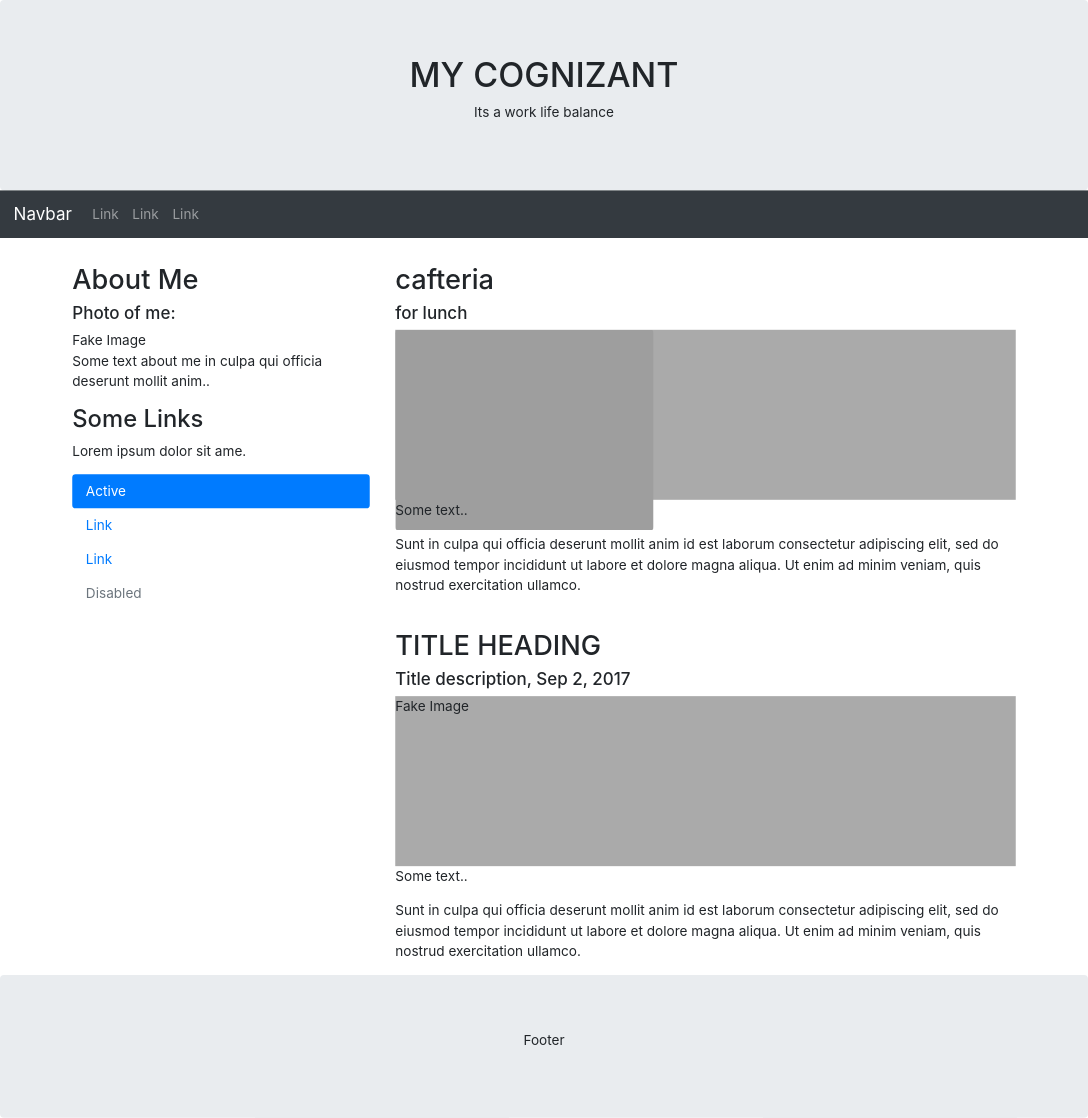
Repository: suvarsha/cognizant-projects
Page: BootStramp1/WebContent/first.html
The author's editor kept a copy of each file at every save. The page is drawn from the files as they stood at one save, then again after the next save.
The browser window is 1280 px wide. The pictures show the whole page, at 85% of full size.
Pictures or frames that could not be fetched are drawn as grey boxes.

Above is the page before, as saved 2020-01-18 11:26:01.

After the next save:
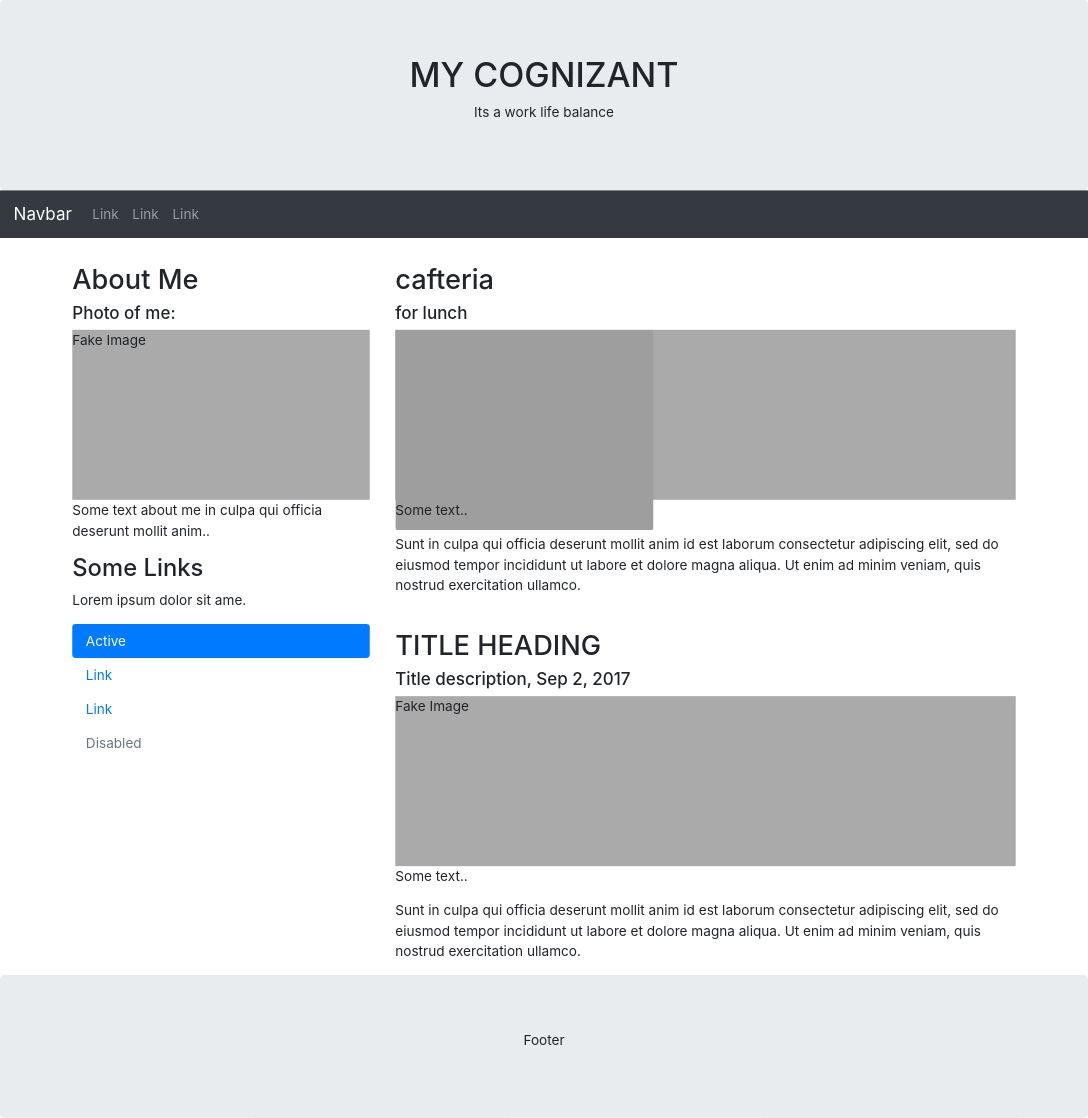
Saved 19 s later.
--- a/BootStramp1/WebContent/first.html
+++ b/BootStramp1/WebContent/first.html
@@ -47,7 +47,7 @@
     <div class="col-sm-4">
       <h2>About Me</h2>
       <h5>Photo of me:</h5>
-      <div class="haja">Fake Image</div>
+      <div class="fakeimg">Fake Image</div>
       <p>Some text about me in culpa qui officia deserunt mollit anim..</p>
       <h3>Some Links</h3>
       <p>Lorem ipsum dolor sit ame.</p>
